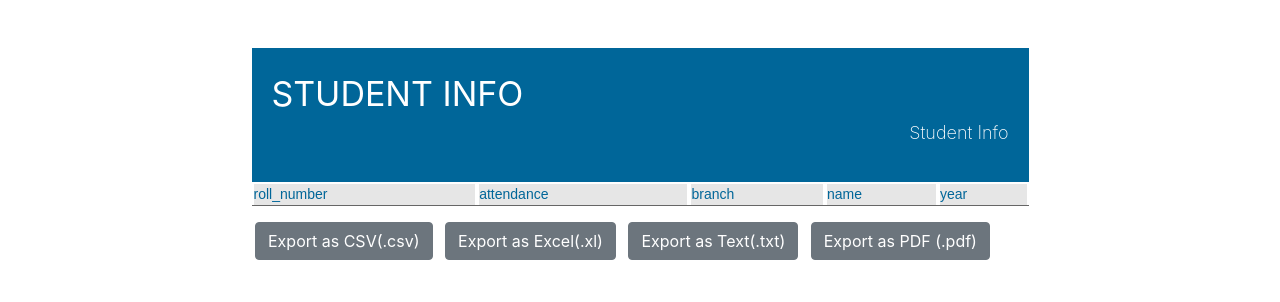
Repository: supranshu/CrystalReportGenerator
Page: http://localhost/produce_report
An editor plug-in stored every save of this project. The page is shown before and after the next save, followed by the edit.
The browser window is 1280 px wide. The pictures show the whole page.
The page is this project's Thymeleaf template; nobody is signed in. The template is opened directly, without the code that normally fills it, so the values that code supplies are empty.

Above is the page before, as saved 2023-08-07 13:20:11.

After the next save:
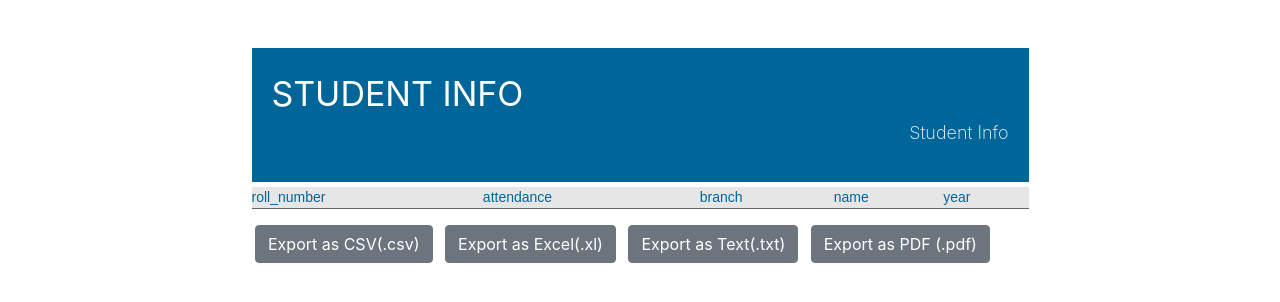
Saved 26 s later.
--- a/com.report/src/main/resources/templates/produce_report.html
+++ b/com.report/src/main/resources/templates/produce_report.html
@@ -30,7 +30,7 @@
             font-weight: 100;
             background-color: #E6E6E6;
             color: #006699;
-            padding: 2px 2px 0;
+            padding: 5px 0px 0;
 
 
         }
